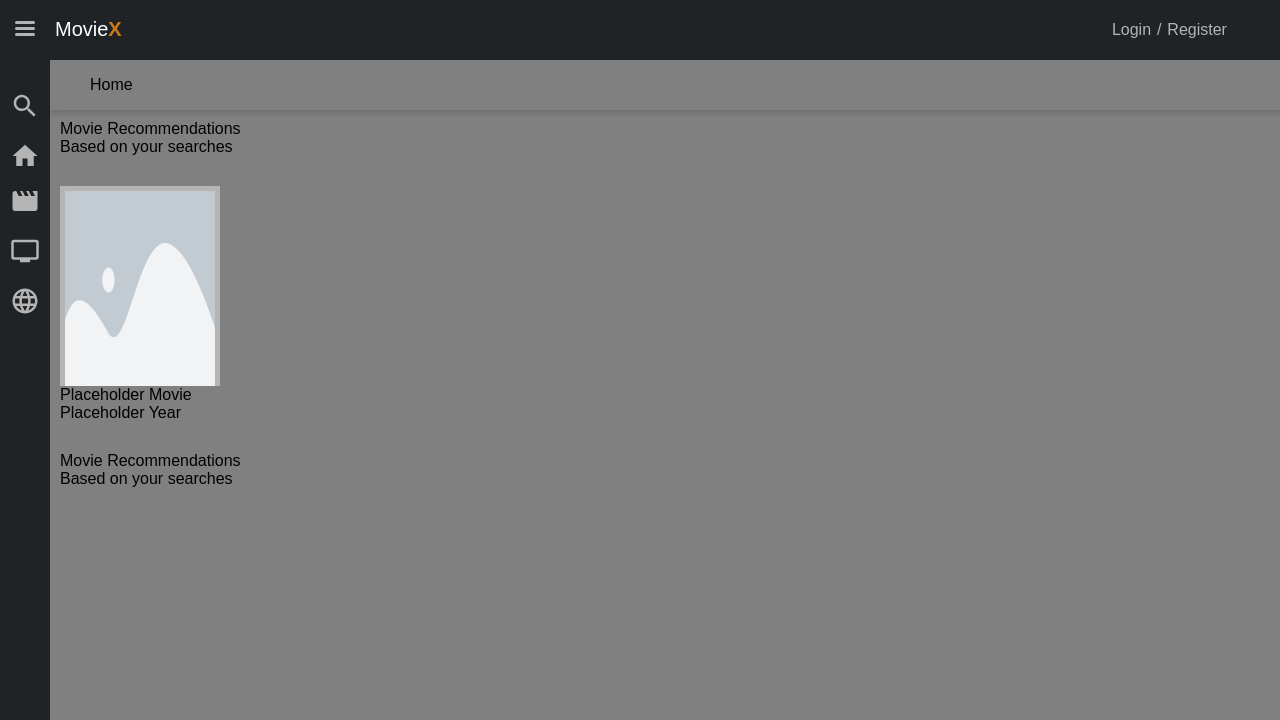
Repository: Amad-Mlinka/MovieTVBrowserNext
Page: /
An editor plug-in stored every save of this project. The page is shown before and after the next save, followed by the edit.
The browser window is 1280 px wide. The pictures show the whole page.
The project was rebuilt for these pictures with package versions that can differ from the ones it lists, and the page was loaded fresh each time. The framework's server and built-in components were replaced by stand-ins that run in the browser. Also part of the build but not shown: next.config.js.

Above is the page before, as saved 2021-08-06 22:25:11.

After the next save:
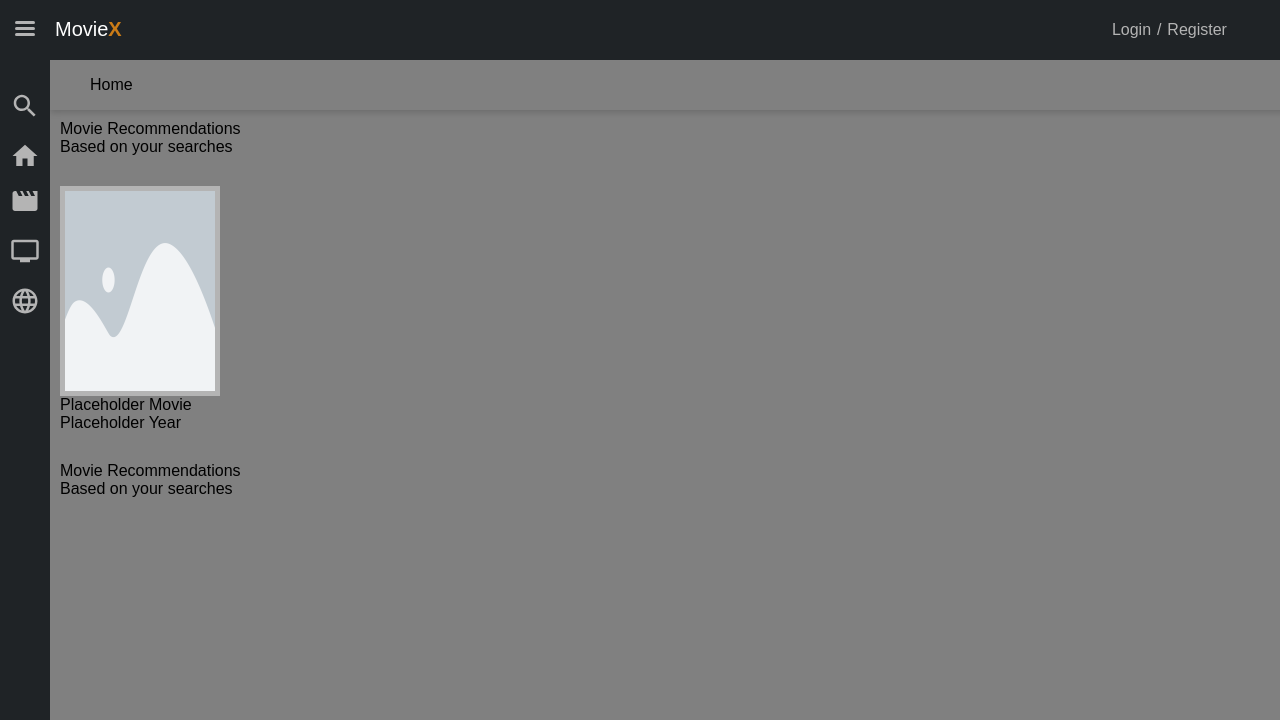
Saved 8 s later.
--- a/styles/Home.module.scss
+++ b/styles/Home.module.scss
@@ -76,7 +76,7 @@
   align-items: center;
 }
 .mediaImageContainer{
-  max-height: 200px;
+  max-height: 210px;
   border: 5px solid $tertiary-color;
 }
 
